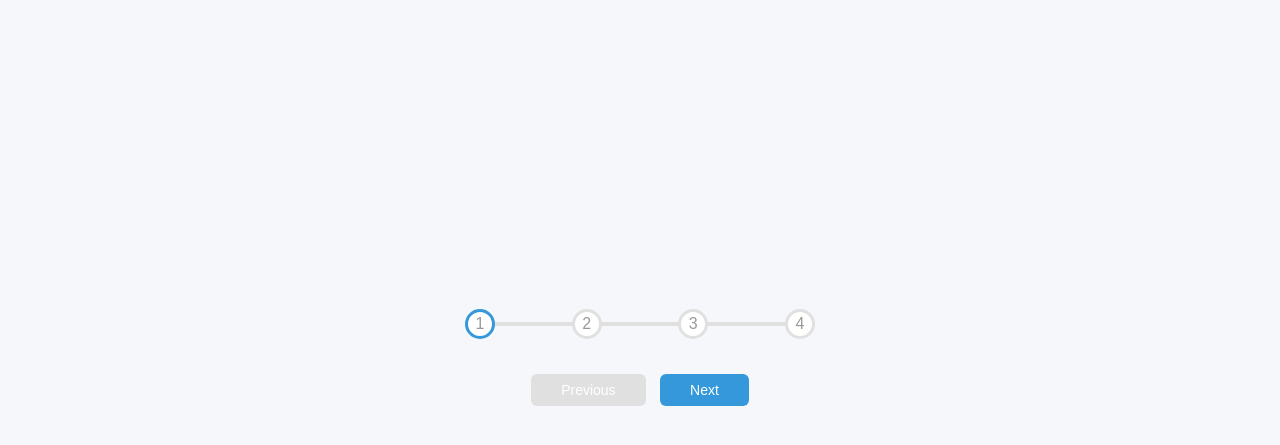
Repository: huynhvanngoan/50projectsin50days
Page: Day2/HTML/index.html
These files come from the project's save history. The page is drawn as it stood at one moment and after the next save; the edit follows.
The browser window is 1280 px wide. The pictures show the whole page.
Some web fonts or font styles are not loaded; a fallback is used.

Above is the page before, as saved 2022-11-04 22:56:07.

After the next save:
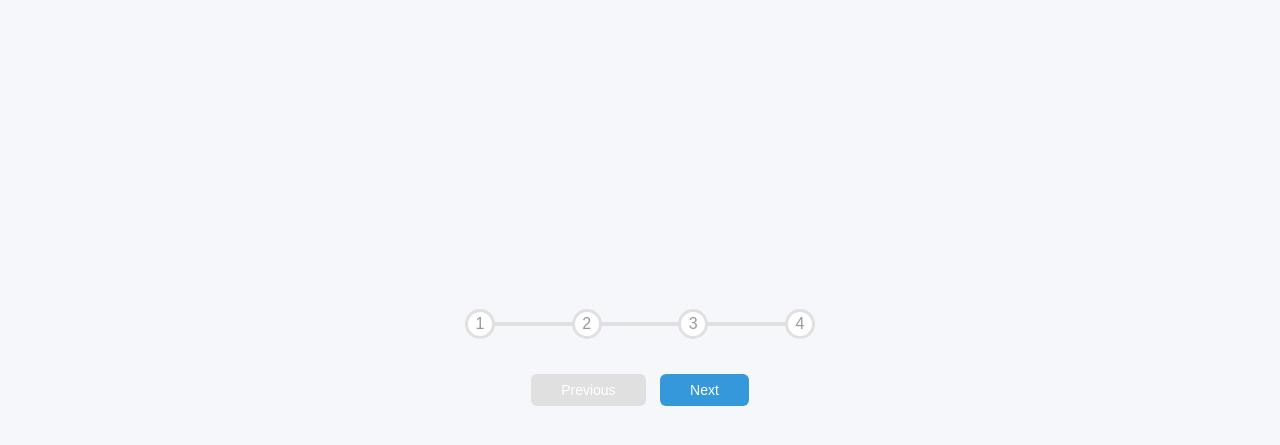
Saved 5 s later.
--- a/Day2/CSS/style.css
+++ b/Day2/CSS/style.css
@@ -65,7 +65,7 @@
     transition: 0.4S ease;
 }
 
-.circle.active {
+.circle .active {
     border-color: var(--line--border-fill);
 }
 

After the save that followed:
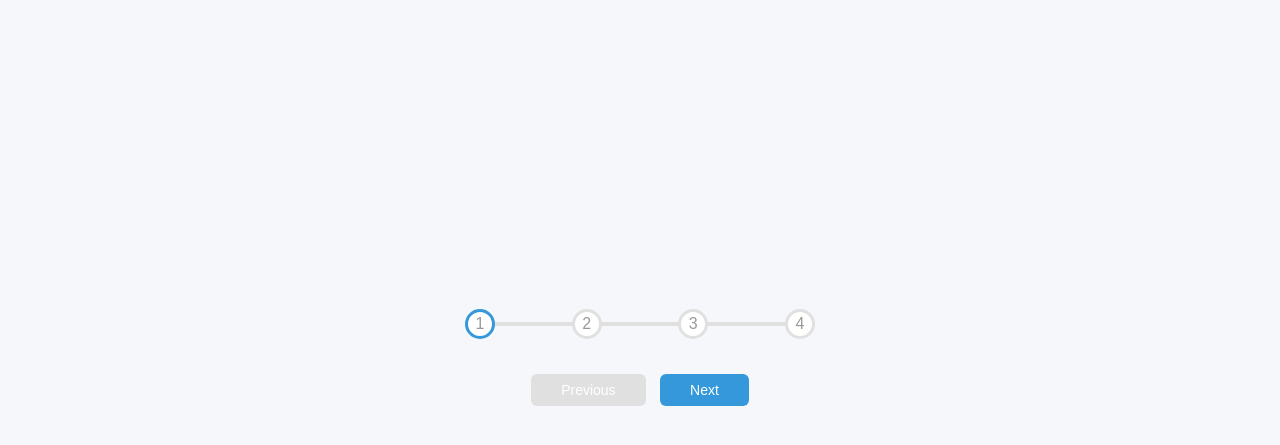
Saved 4 s later.
--- a/Day2/CSS/style.css
+++ b/Day2/CSS/style.css
@@ -65,7 +65,7 @@
     transition: 0.4S ease;
 }
 
-.circle .active {
+.circle.active {
     border-color: var(--line--border-fill);
 }
 
